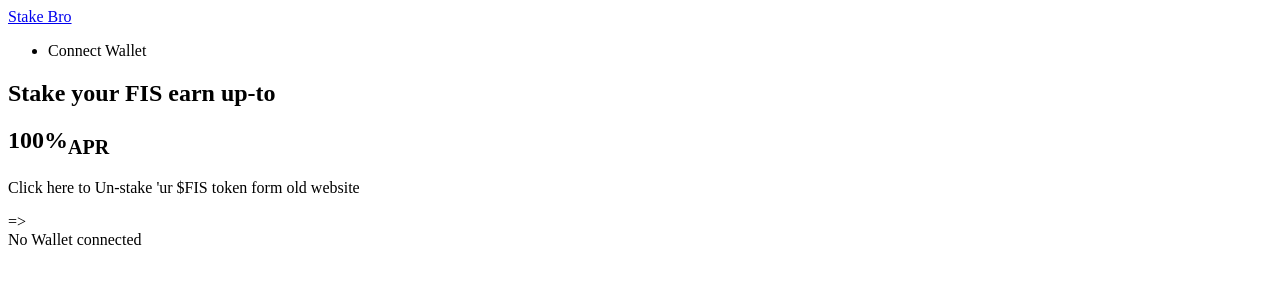
Repository: NorVirae/Stake
Page: /
These files come from the project's save history. The page is drawn as it stood at one moment and after a run of saves; the edit follows.
The browser window is 1280 px wide. The pictures show the whole page.
The project was rebuilt for these pictures with package versions that can differ from the ones it lists, and the page was loaded fresh each time.

Above is the page before, as saved 2022-04-18 00:43:51.

After the next 5 saves:
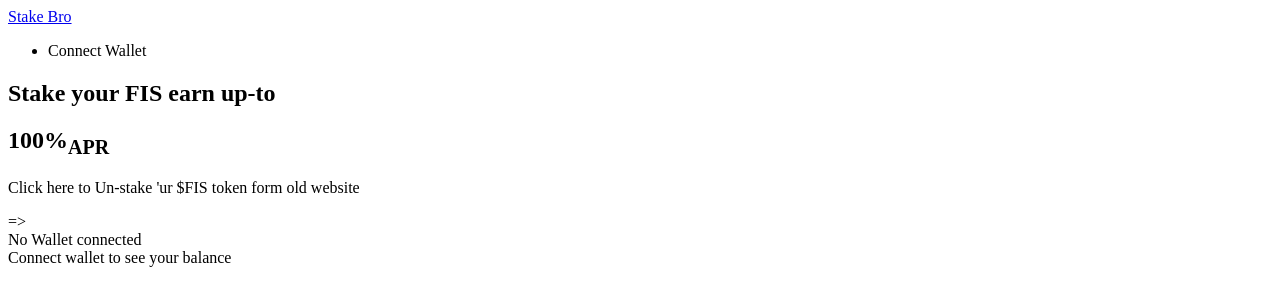
The 5 saves are shown as one change because they came seconds apart.
The last was saved 15 s later.
--- a/src/App.tsx
+++ b/src/App.tsx
@@ -28,7 +28,7 @@ function App() {
 
         <section className='connection-info'>
           <div>No Wallet connected</div>
-          <div></div>
+          <div> Connect wallet to see your balance</div>
         </section>
 
       </main>
